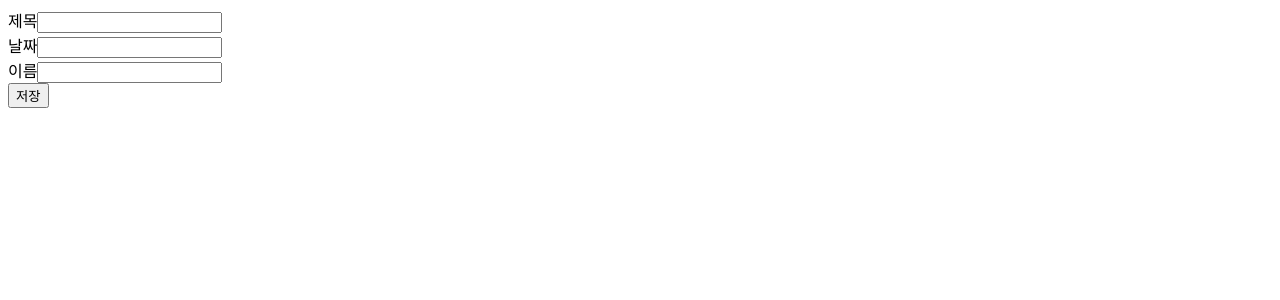
Repository: songgisung/study_web
Page: 20181126/test/board/WebContent/BoardWriter.html
The author's editor kept a copy of each file at every save. The page is drawn from the files as they stood at one save, then again after the next save.
The browser window is 1280 px wide. The pictures show the whole page.

Above is the page before, as saved 2018-11-26 05:05:56.

After the next save:
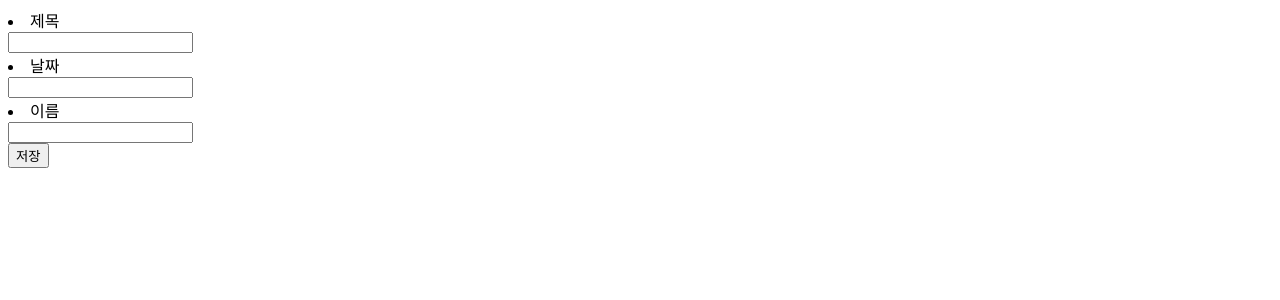
Saved 55 s later.
--- a/20181126/test/board/WebContent/BoardWriter.html
+++ b/20181126/test/board/WebContent/BoardWriter.html
@@ -8,9 +8,9 @@
 <body>
 	<div class="container">
 		<from action="indet.html" method="post">
-			제목<input type="text" name="title" /><br/>
-			날짜<input type="text" name="redate" /><br/>
-			이름<input type="text" name="writer" /><br/>
+			<li>제목</li><input type="text" name="title" /><br/>
+			<li>날짜</li><input type="text" name="redate" /><br/>
+			<li>이름</li><input type="text" name="writer" /><br/>
 			<input type="submit" name="submitbutton" value="저장">
 		</from>
 	</div>

After the save that followed:
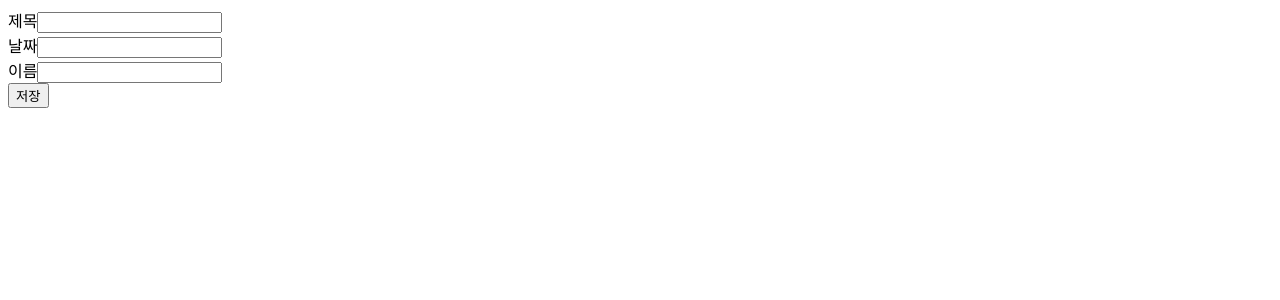
Saved 41 s later.
--- a/20181126/test/board/WebContent/BoardWriter.html
+++ b/20181126/test/board/WebContent/BoardWriter.html
@@ -8,9 +8,9 @@
 <body>
 	<div class="container">
 		<from action="indet.html" method="post">
-			<li>제목</li><input type="text" name="title" /><br/>
-			<li>날짜</li><input type="text" name="redate" /><br/>
-			<li>이름</li><input type="text" name="writer" /><br/>
+			<tr>제목</tr><input type="text" name="title" /><br/>
+			<tr>날짜</tr><input type="text" name="redate" /><br/>
+			<tr>이름</tr><input type="text" name="writer" /><br/>
 			<input type="submit" name="submitbutton" value="저장">
 		</from>
 	</div>
